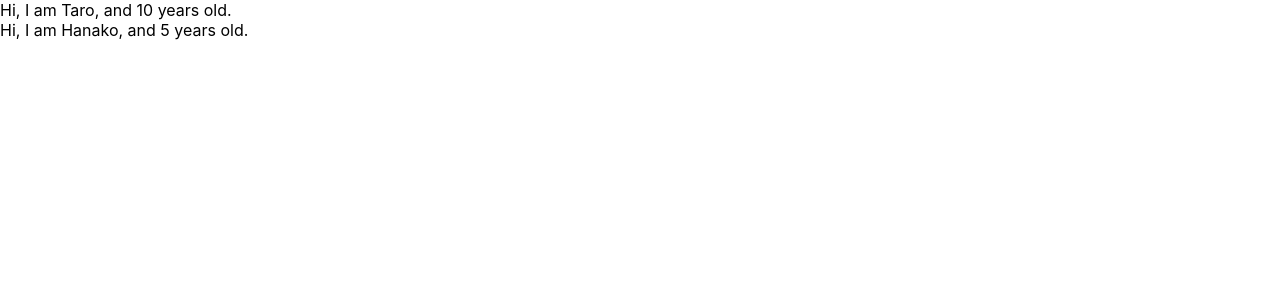
Repository: Tyomu/udemy-react-redux
Page: /
The author's editor kept a copy of each file at every save. The page is drawn from the files as they stood at one save, then again after the next save.
The browser window is 1280 px wide. The pictures show the whole page.
The project was rebuilt for these pictures with package versions that can differ from the ones it lists, and the page was loaded fresh each time.

Above is the page before, as saved 2019-02-04 11:33:45.

### src/App.js
import React from 'react';

const App = () => {
  const profiles = [
    { name: "Taro", age: 10 },
    { name: "Hanako", age: 5 }
  ];
  return (
    <div>
      {
        profiles.map((profile, index) => {
          return <User name={profile.name} age={profile.age} key={index} />
        })
      }
    </div>
  )
}

const User = (props) => {
  return <div>Hi, I am {props.name}, and {props.age} years old.</div>
}

User.defaultProps = {
  age: 1
}

export default App;

Loaded but not shown: public/index.html (common file); src/index.js (common file); src/index.css (common file); src/serviceWorker.js (common file)

After the next save:
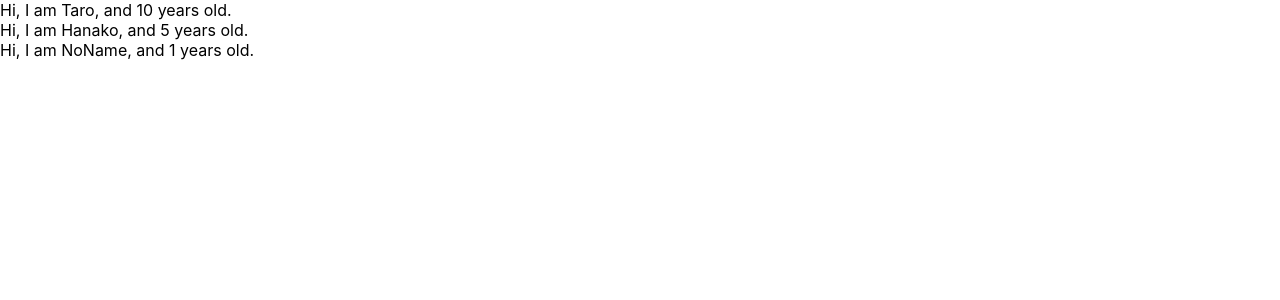
Saved 17 s later.
--- a/src/App.js
+++ b/src/App.js
@@ -3,7 +3,8 @@ import React from 'react';
 const App = () => {
   const profiles = [
     { name: "Taro", age: 10 },
-    { name: "Hanako", age: 5 }
+    { name: "Hanako", age: 5 },
+    { name: "NoName" }
   ];
   return (
     <div>
